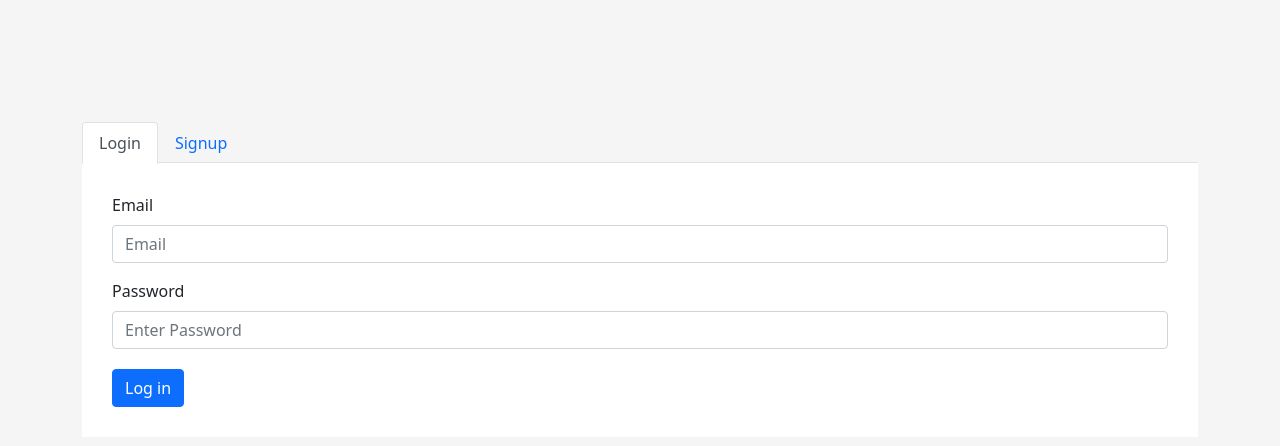
Repository: rabin-bhandari/LOGIN-SIGNUP
Page: http://localhost/
The author's editor kept a copy of each file at every save. The page is drawn from the files as they stood at one save, then again after the next save.
The browser window is 1280 px wide. The pictures show the whole page.
Some web libraries are served in a nearby version. The page is run by PHP 8.4 with error messages shown; the project is at /var/www/html/.

Above is the page before, as saved 2022-03-28 04:44:52.

After the next save:
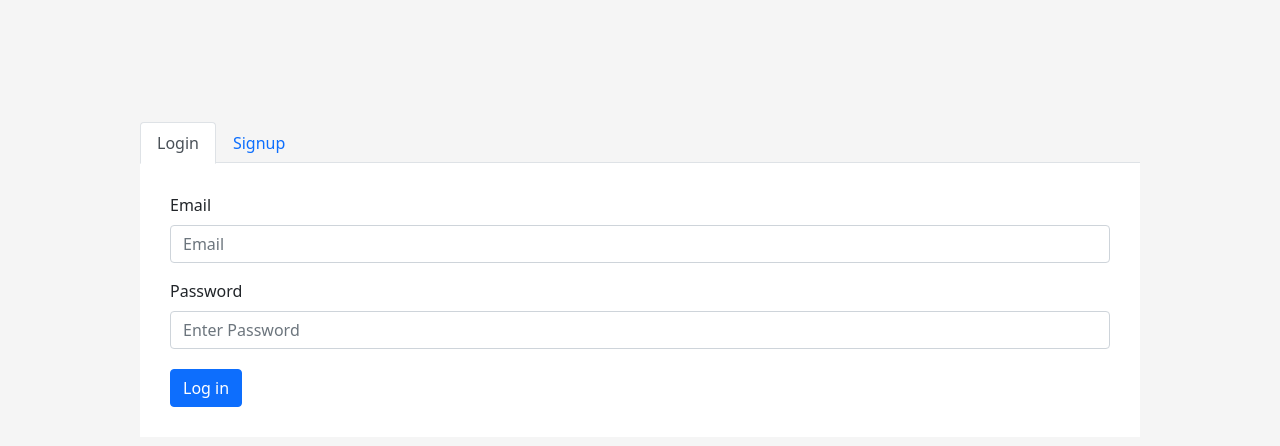
Saved 33 s later.
--- a/main.css
+++ b/main.css
@@ -8,7 +8,7 @@ body {
 
 .container {
   display: table;
-  min-width: 30vw;
+  max-width: 80vw;
   margin: 50px auto;
 }
 
